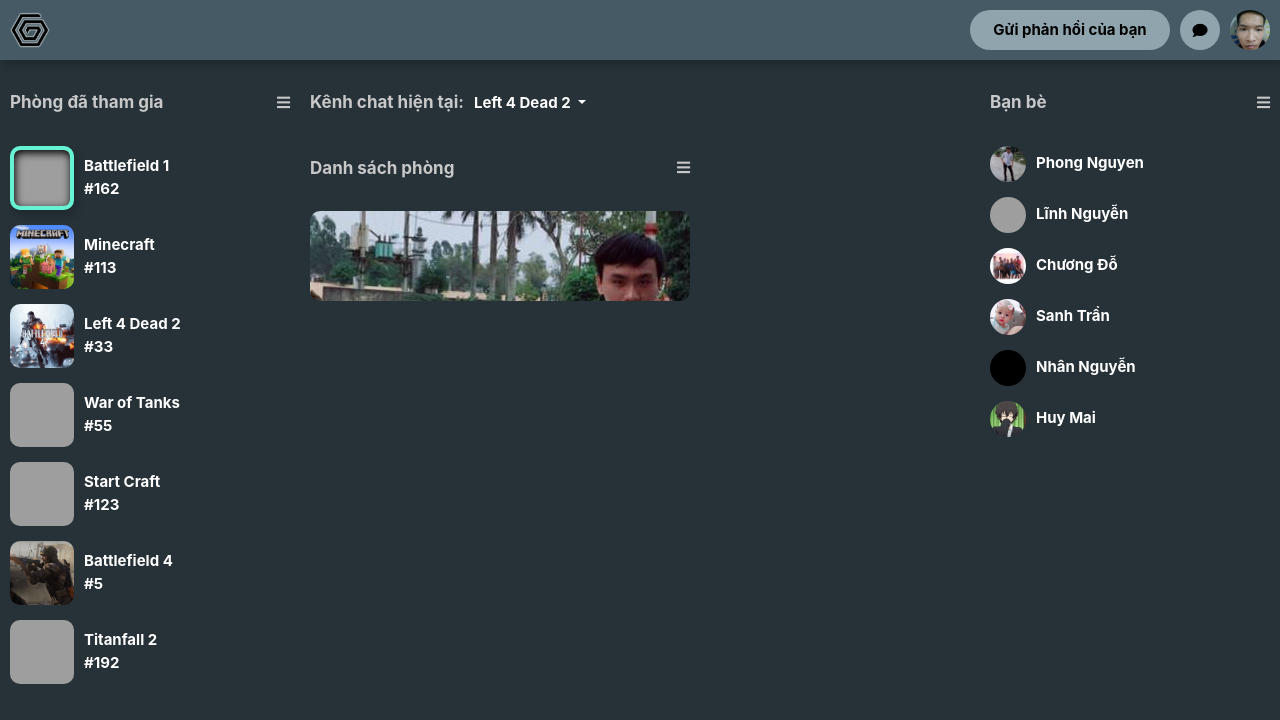
Repository: GammingCommnunity/docs
Page: web-layout/v2/html/index.html
An editor plug-in stored every save of this project. The page is shown before and after the next save, followed by the edit.
The browser window is 1280 px wide. The pictures show the whole page.
Pictures or frames that could not be fetched are drawn as grey boxes.

Above is the page before, as saved 2020-03-06 11:07:01.

After the next save:
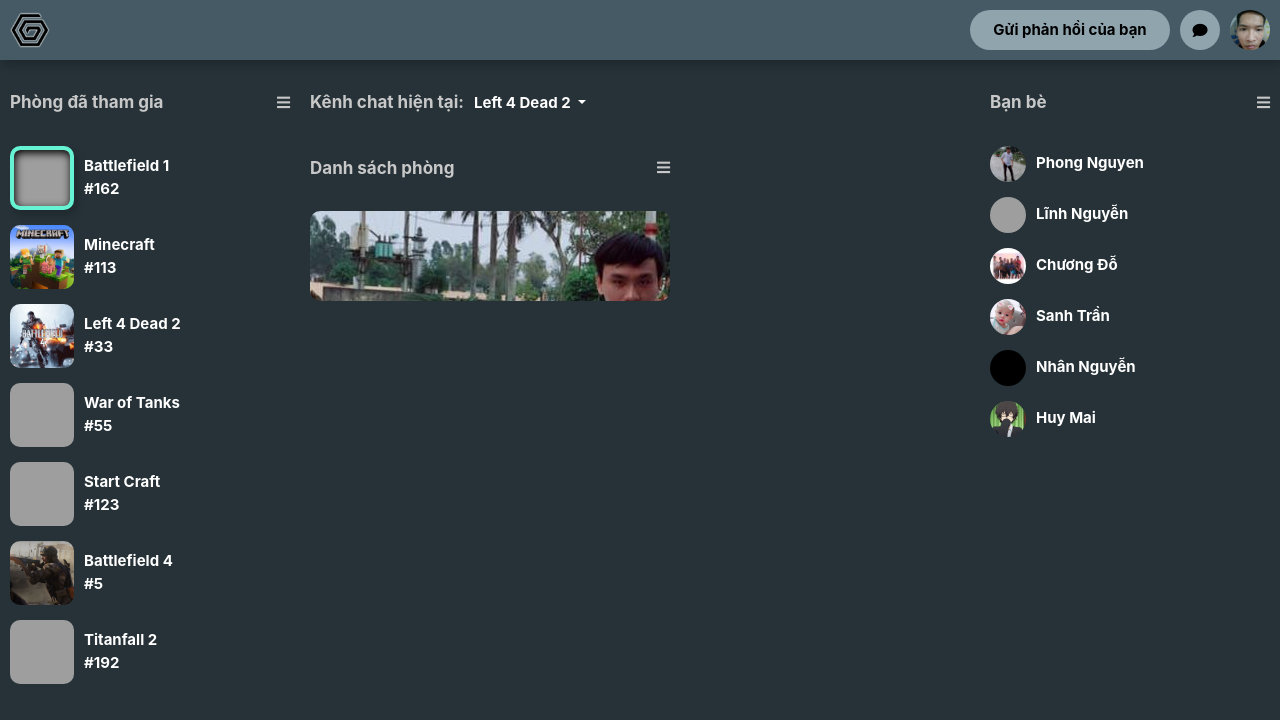
Saved 48 s later.
--- a/web-layout/v2/html/index.html
+++ b/web-layout/v2/html/index.html
@@ -322,8 +322,8 @@
 		}
 
 		.rooms{
-			width: 380px;
-			min-width: 380px;
+			width: 360px;
+			min-width: 360px;
 			height: 100%;
 		}
 
